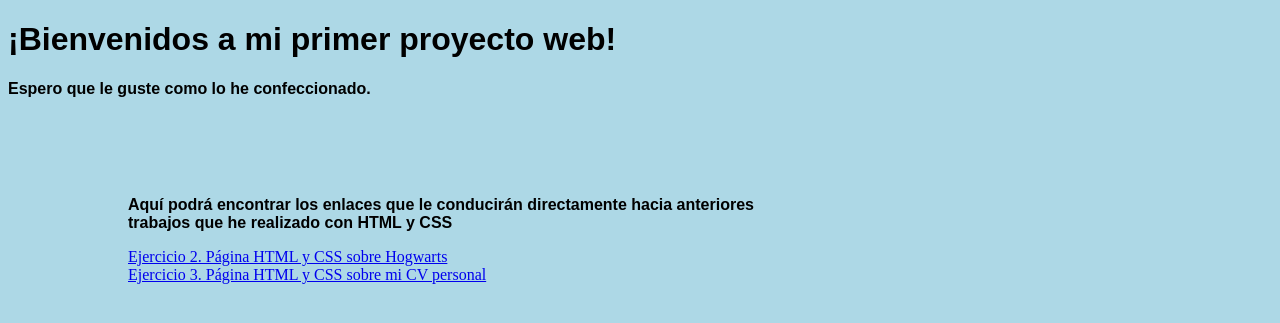
Repository: Pablosky971/Ejercicio-4.-Proyecto-Web
Page: http://localhost/Ejercicio4/
These files come from the project's save history. The page is drawn as it stood at one moment and after the next save; the edit follows.
The browser window is 1280 px wide. The pictures show the whole page.
The page is served by Tomcat 9.

Above is the page before, as saved 2022-03-09 12:45:09.

### Ejercicio4/src/main/webapp/index.html
<!DOCTYPE html>
<html>
<head>
<meta charset="UTF-8">
<title>Presentación</title>
<link rel="stylesheet" href="css/index.css">
</head>
<body>
	<header>
		<h1 class="titulo"> ¡Bienvenidos a mi primer proyecto web! </h1>
		<h3 class="subtitulo"> Espero que le guste como lo he confeccionado.</h3>

	</header>

	<main>

	<nav>
		<h3 class="navegacion"> Aquí podrá encontrar los enlaces que le conducirán directamente hacia anteriores trabajos que he realizado con HTML y CSS</h3>
		<a href="ejercicio2"> Ejercicio 2. Página HTML y CSS sobre Hogwarts</a>
		<a href="ejercicio3"> Ejercicio 3. Página HTML y CSS sobre mi CV personal</a>
	</nav>
	</main>

</body>
</html>

### Ejercicio4/src/main/webapp/css/index.css
body {
	background-color: lightblue;

}
h1.titulo {
	font-family: sans-serif;
	font-size: xx-large;

}

h3.subtitulo {
	font-family: sans-serif;
	font-size: medium;
}

h3.navegacion {
	font-family: sans-serif;
	font-size: medium;
}

nav {
	position: absolute;
	top: 25%;
	left: 10%;
	width: 50%;
	height: 50%;
	display: block;
}

a {
	display: block;
}

a:hover {
	color: green;

}

After the next save:
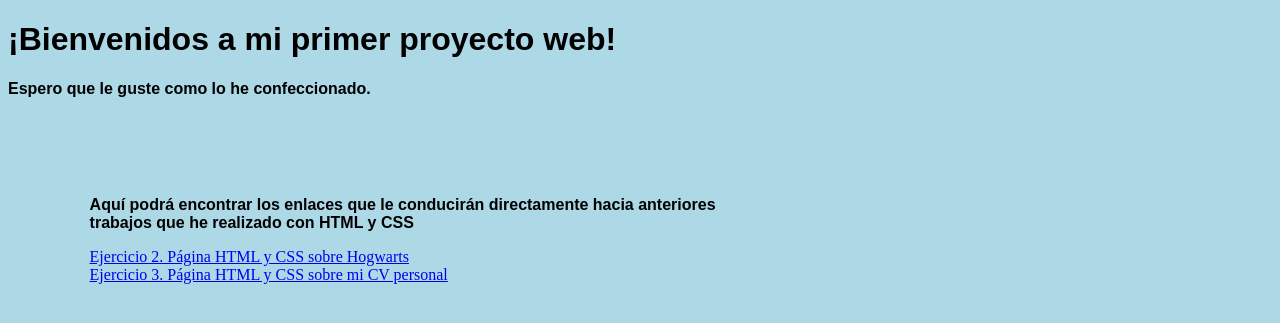
Saved 11 s later.
--- a/Ejercicio4/src/main/webapp/css/index.css
+++ b/Ejercicio4/src/main/webapp/css/index.css
@@ -21,7 +21,7 @@ h3.navegacion {
 nav {
 	position: absolute;
 	top: 25%;
-	left: 10%;
+	left: 7%;
 	width: 50%;
 	height: 50%;
 	display: block;
